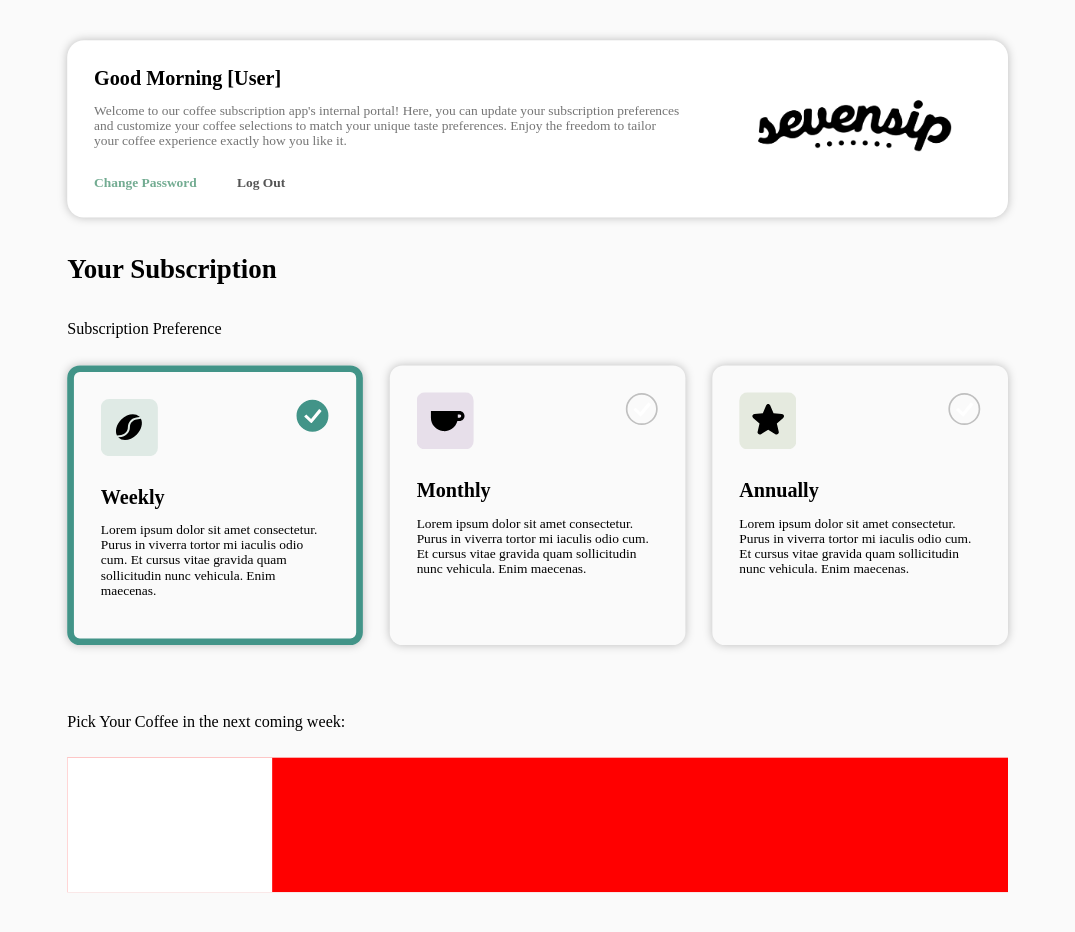
Repository: Haydenleung/COMP-4170-Final-Project
Page: http://localhost/main
The author's editor kept a copy of each file at every save. The page is drawn from the files as they stood at one save, then again after the next save.
The browser window is 1280 px wide. The pictures show the whole page, at 84% of full size.
The page is served by the project's Node server (app.js).

Above is the page before, as saved 2024-03-22 18:24:10.

After the next save:
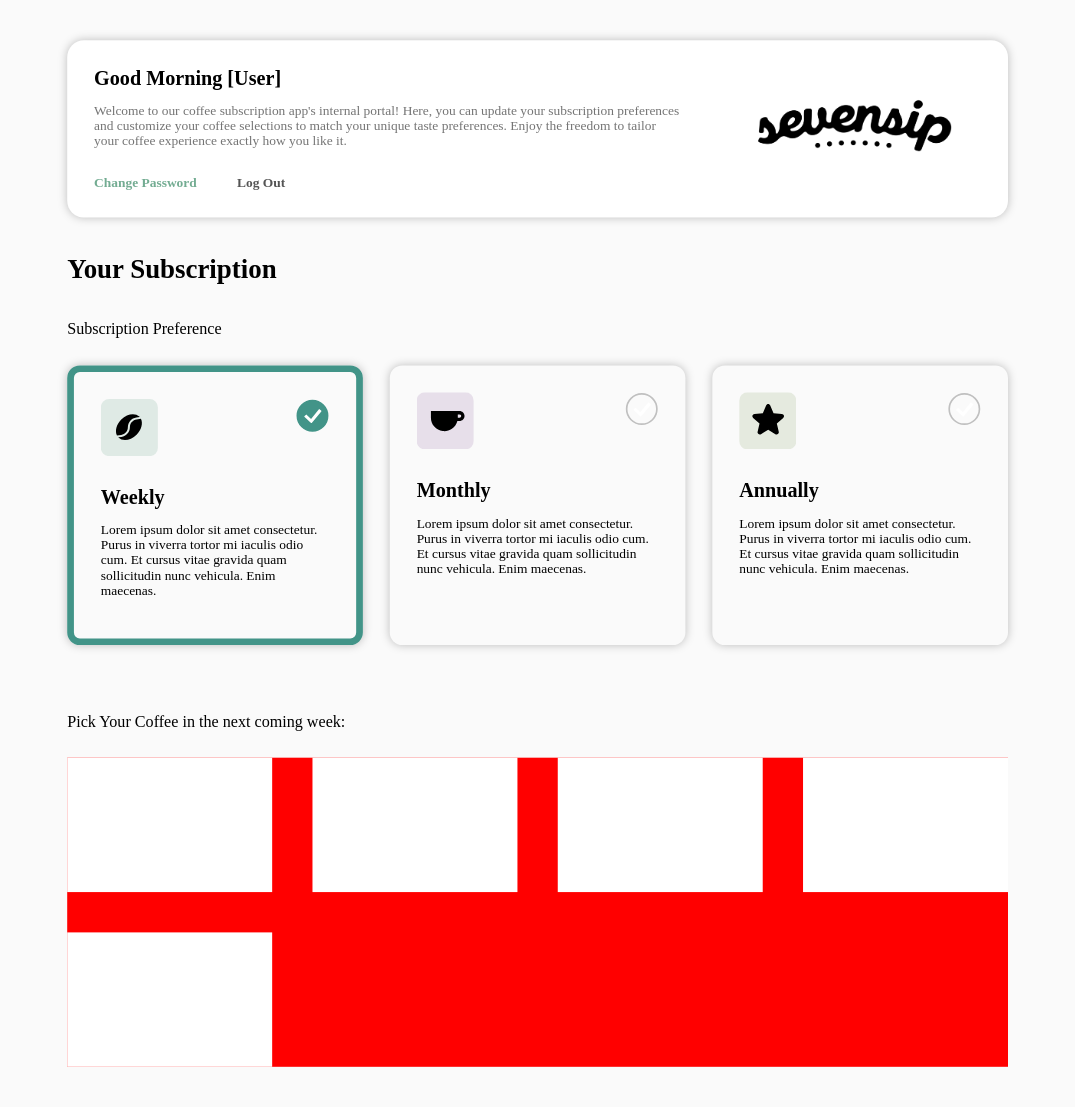
Saved 7 s later.
--- a/views/main.ejs
+++ b/views/main.ejs
@@ -72,6 +72,18 @@
                     <div class="coffee">
                         <img />
                     </div>
+                    <div class="coffee">
+                        <img />
+                    </div>
+                    <div class="coffee">
+                        <img />
+                    </div>
+                    <div class="coffee">
+                        <img />
+                    </div>
+                    <div class="coffee">
+                        <img />
+                    </div>
                 </div>
             </div>
         </div>
